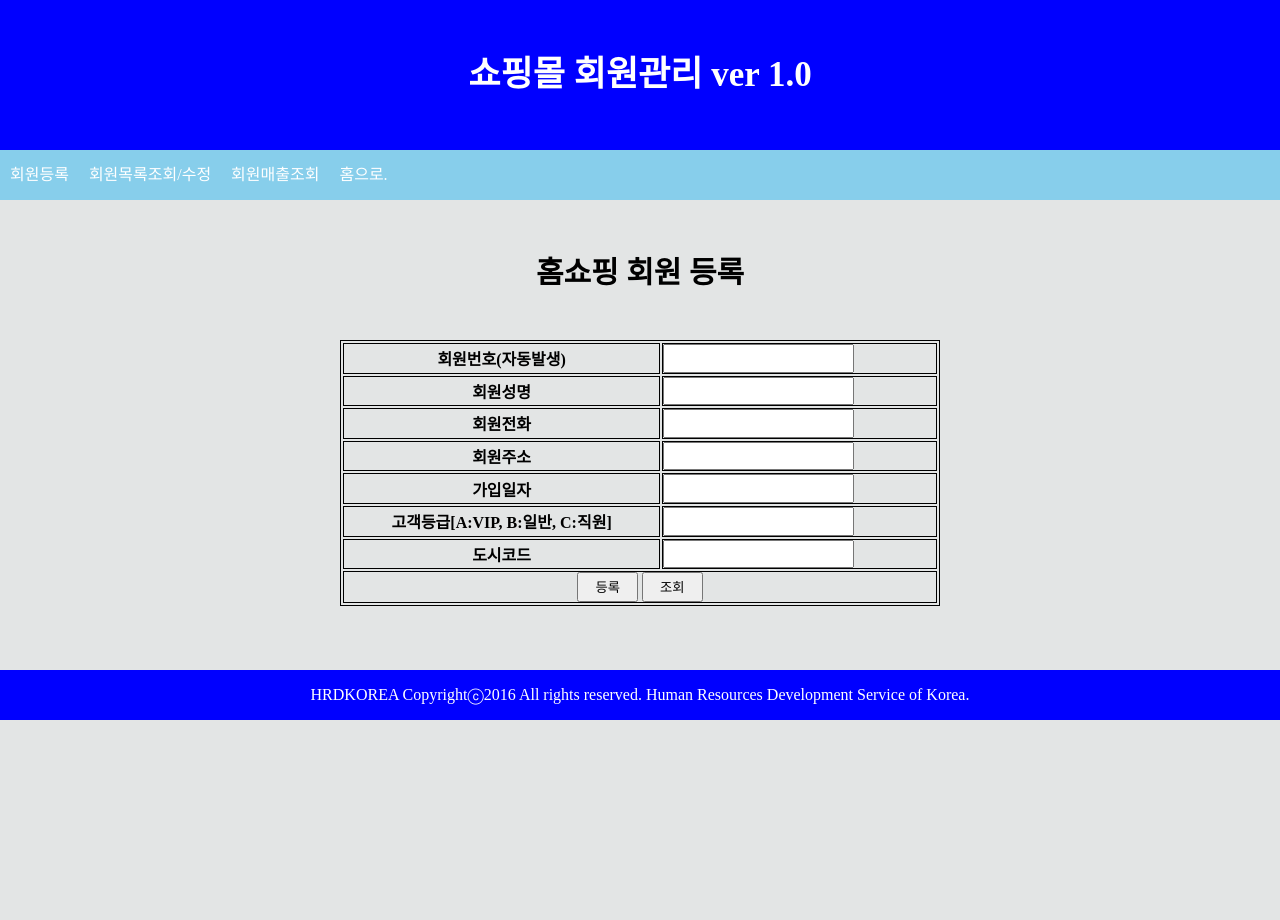
Repository: kayeunae/mvc-pattern
Page: http://localhost/HRD_1234/add.jsp
The author's editor kept a copy of each file at every save. The page is drawn from the files as they stood at one save, then again after the next save.
The browser window is 1280 px wide. The pictures show the whole page.
The page is served by Tomcat 9. Other server files are loaded and not shown.

Above is the page before, as saved 2022-12-19 07:02:22.

### HRD_1234/src/main/webapp/add.jsp
<%@ page language="java" contentType="text/html; charset=UTF-8"
	pageEncoding="UTF-8"%>
<!DOCTYPE html>
<html>
<head>
<meta charset="UTF-8">
<title>Insert title here</title>
<link rel="stylesheet" href="style.css">
<script type="text/javascript" src="script.js"></script>
</head>
<body>
	<%@ include file="topmenu.jsp"%>
	<section>
		<div class="title">홈쇼핑 회원 등록</div>
		<form name="frm" action="insert">
			<input type="hidden" id="GUBUN" value="insert">
			<div class="wrapper">
				<table border="1">
				<tr>
					<th>회원번호(자동발생)</th>
					<td><input type="text" name="custno"></td>
				</tr>
				<tr>
					<th>회원성명</th>
					<td><input type="text" name="custname"></td>
				</tr>
				<tr>
					<th>회원전화</th>
					<td><input type="text" name="phone"></td>
				</tr>
				<tr>
					<th>회원주소</th>
					<td><input type="text" name="address"></td>
				</tr>
				<tr>
					<th>가입일자</th>
					<td><input type="text" name="joindate"></td>
				</tr>
				<tr>
					<th>고객등급[A:VIP, B:일반, C:직원]</th>
					<td><input type="text" name="grade"></td>
				</tr>
				<tr>
					<th>도시코드</th>
					<td><input type="text" name="city"></td>
				</tr>
				<tr>
					<td colspan="2">
					<button class="btn" type="submit" onclick="fn.submit(); return false;">등록</button>
					<button class="btn" type="button">조회</button>
					</td>
				</tr>
			</table>
			</div>
		</form>
	</section>
	<%@ include file="footer.jsp"%>

</body>
</html>

### HRD_1234/src/main/webapp/topmenu.jsp
<%@ page language="java" contentType="text/html; charset=UTF-8"
    pageEncoding="UTF-8"%>
<!DOCTYPE html>
<html>
<head>
<meta charset="UTF-8">
<title>Insert title here</title>
</head>
<body>
	<header>쇼핑몰 회원관리 ver 1.0</header>
	<nav>
		<ul>
			<li><a href="add">회원등록</a></li>
			<li><a href="add">회원목록조회/수정</a></li>
			<li><a href="add">회원매출조회</a></li>
			<li><a href="add">홈으로.</a></li>
		</ul>
	</nav>
</body>
</html>

### HRD_1234/src/main/webapp/footer.jsp
<%@ page language="java" contentType="text/html; charset=UTF-8"
    pageEncoding="UTF-8"%>
<!DOCTYPE html>
<html>
<head>
<meta charset="UTF-8">
<title>Insert title here</title>
</head>
<body>
	<footer>
		HRDKOREA Copyrightⓒ2016 All rights reserved. Human Resources Development Service of Korea.
	</footer>
</body>
</html>

### HRD_1234/src/main/webapp/style.css
@charset "UTF-8";

/*초기화 코드*/
* {
	margin: 0;
	padding: 0;
}

/* topmenu.jsp */
header{
	top: 0;
	height: 150px;
	line-height: 150px;
	width: 100%;
	background: blue;
	text-align: center;
	font-size: 35px;
	font-weight: 900;
	color: #fff;
}

nav ul{
	height: 50px;
	line-height: 50px;
	width: 100%;
	background: skyblue;
	overflow: hidden;
}

nav ul li {
	/* 수직 정렬 */
	float: left;
	list-style: none;
	/*양 옆에 10px 여백*/
	padding: 0 10px;
}

a{
	text-decoration: none;
	color: #fff;
}

/*
a:hover{
	cursor: pointer;
}
*/

/* index.jsp */
section{
	position: absolute;
	overflow: auto;
	width: 100%;
	height:100%;
	background: #e3e5e5;
}

/* add.jsp */
.title {
	font-size: 30px;
	font-weight: 900;
	text-align: center;
	margin: 3rem;
}

.wrapper {
	display: flex;
	/*아래 두 개는 전체 콘텐츠를 가운데 정렬하는 역할을 함*/
	justify-content: center;
	align-items: center;
	/* 여기까지 */
	text-align: center;
}

table{
	width: 600px;
}

table, tr, th, td {
	border: 1px solid black;
}

td input {
	float: left;
	padding: 0.3rem;
}

td input[type=phone] {
	width: 70%;
}

td input[type=address] {
	width: 90%;
}

.btn {
	padding: 0.2rem 1rem;
}

/* footer.jsp */
footer{
	position: fixed;
	bottom: 0;
	width: 100%;
	height: 50px;
	line-height: 50px;
	text-align: center;
	background: blue;
	color: white;
}

### HRD_1234/src/main/webapp/script.js
function fn_submit(){
	var fn = document.frm; //add.jsp 이름이 frm

	if (fn.custname.value == "") { //input창에 입력된 값을 가져오는 방법 ~.name.value    식 : 빈값인지 확인함.
		alert("회원성명이 입력되지 않았습니다.");
		fn.custname.focus(); //custname에 가서 focus 포커싱을 줌.
		return false; //함수 종료
	}
	if (fn.phone.value == "") { //input창에 입력된 값을 가져오는 방법 ~.name.value    식 : 빈값인지 확인함.
		alert("회원전화가 입력되지 않았습니다.");
		fn.phone.focus(); //focus 포커싱을 줌.
		return false; //함수 종료
	}
	if (fn.address.value == "") { //input창에 입력된 값을 가져오는 방법 ~.name.value    식 : 빈값인지 확인함.
		alert("회원주소가 입력되지 않았습니다.");
		fn.address.focus(); //focus 포커싱을 줌.
		return false; //함수 종료
	}
	if (fn.joindate.value == "") { //input창에 입력된 값을 가져오는 방법 ~.name.value    식 : 빈값인지 확인함.
		alert("회원가입일자가 입력되지 않았습니다.");
		fn.joindate.focus(); //focus 포커싱을 줌.
		return false; //함수 종료
	}
	if (fn.grade.value == "") { //input창에 입력된 값을 가져오는 방법 ~.name.value    식 : 빈값인지 확인함.
		alert("고객등급이 입력되지 않았습니다.");
		fn.grade.focus(); //focus 포커싱을 줌.
		return false; //함수 종료
	}
	if (fn.city.value == "") { //input창에 입력된 값을 가져오는 방법 ~.name.value    식 : 빈값인지 확인함.
		alert("도시코드가 입력되지 않았습니다.");
		fn.city.focus(); //focus 포커싱을 줌.
		return false; //함수 종료
	}
	fn.submit(); //컨트롤러(서버)에 전송합니다.

}

After the next save:
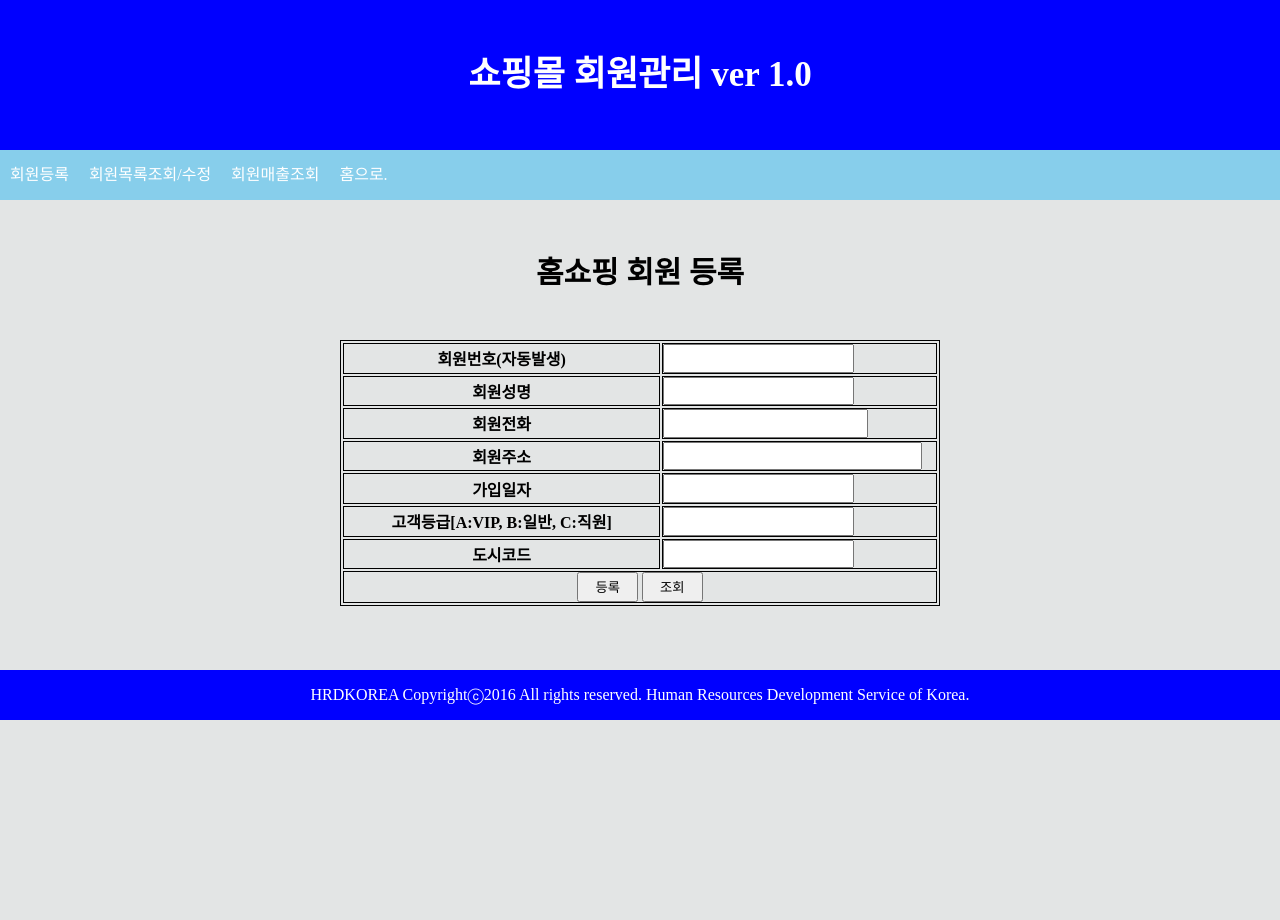
Saved 61 s later.
--- a/HRD_1234/src/main/webapp/style.css
+++ b/HRD_1234/src/main/webapp/style.css
@@ -85,11 +85,11 @@ td input {
 	padding: 0.3rem;
 }
 
-td input[type=phone] {
+td input[name=phone] {
 	width: 70%;
 }
 
-td input[type=address] {
+td input[name=address] {
 	width: 90%;
 }
 
